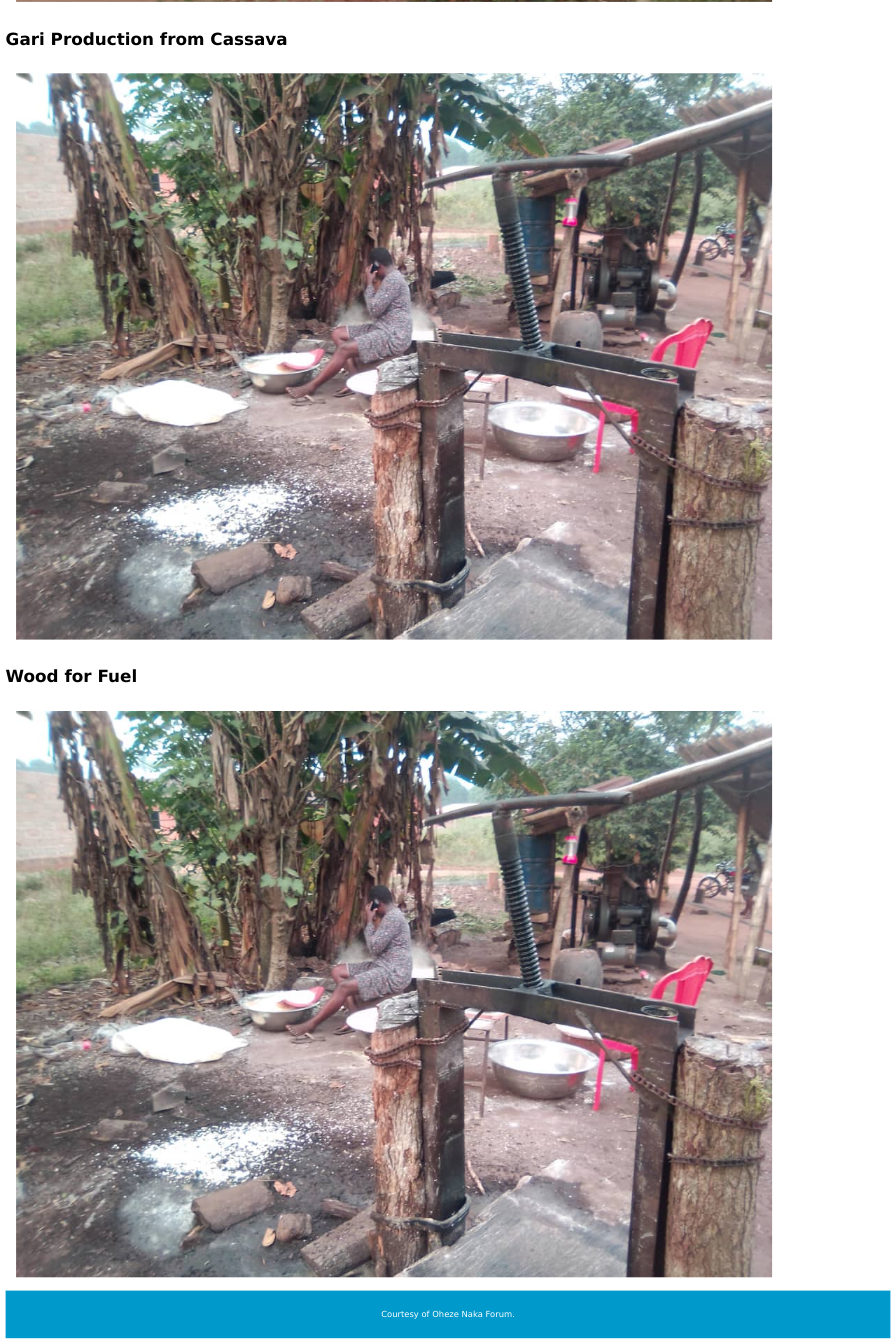
Repository: OtasowieRotimiOsifo/oheze-naka-forum
Page: economy.html
These files come from the project's save history. The page is drawn as it stood at one moment and after the next save; the edit follows.
The browser window is 1280 px wide. The pictures show the part of the page from y = 2054 to 3974 px (the page is 3974 px tall), at 70% of full size.

Above is the page before, as saved 2021-04-01 22:58:17.

After the next save:
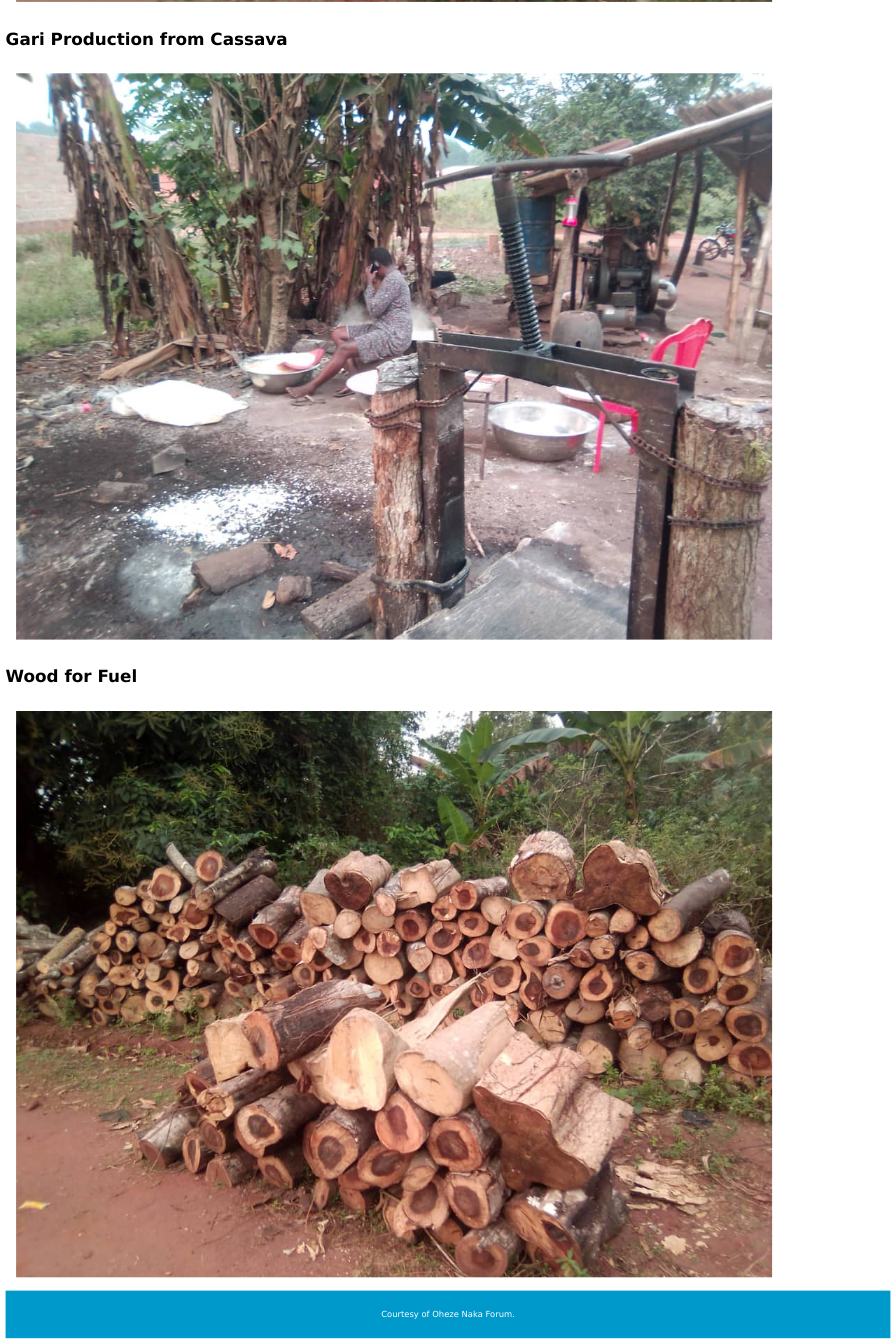
Saved 26 s later.
--- a/economy.html
+++ b/economy.html
@@ -135,7 +135,7 @@ html {
   <div class="row">
     <h2>Wood for Fuel</h2>
     <div  class="col-3 col-s-3">
-      <img src="img/gari-production.jpg"/>
+      <img src="img/woods.jpg"/>
   </div>
   </div>
 <div class="footer">
